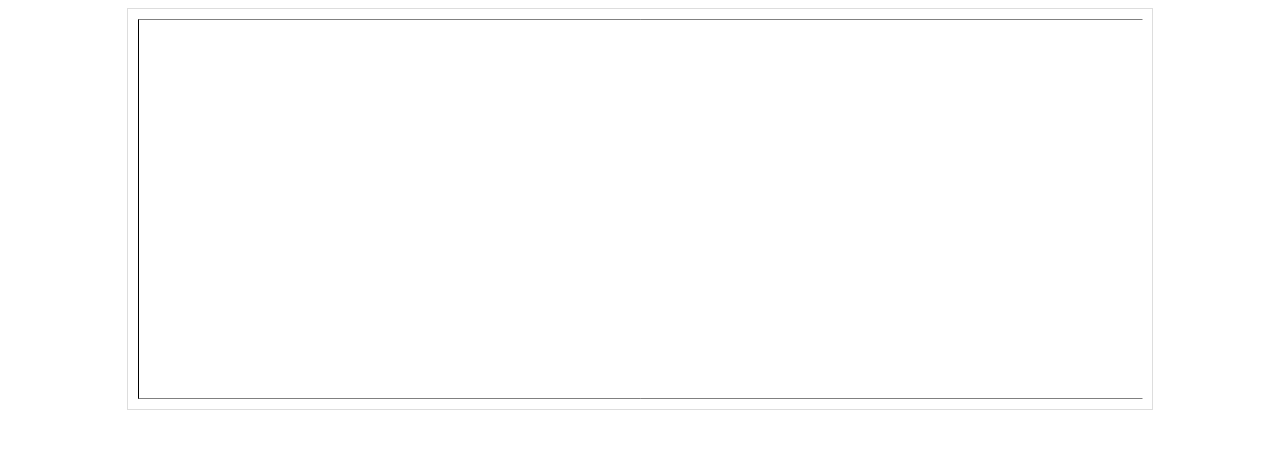
Repository: cw19931024/Demo
Page: canvas.html
The author's editor kept a copy of each file at every save. The page is drawn from the files as they stood at one save, then again after the next save.
The browser window is 1280 px wide. The pictures show the whole page.

Above is the page before, as saved 2017-07-26 18:03:02.

### canvas.html
<!DOCTYPE html>
<html lang="en">

<head>
    <title></title>
    <meta charset="UTF-8">
    <meta name="viewport" context="width=device-width, initial-scale=1">
    <style>
        canvas {
            margin: 0 auto;
            border: 1px solid #ddd;
            width: 1024px;
            height: 400px;
        }

        .tac {
            text-align: center;
        }
    </style>
</head>

<body>
    <div class="tac">
        <canvas id="canvas" width="1024" height="768"></canvas>
    </div>
</body>
<script>
    var canvas = document.getElementById('canvas');
    var context = canvas.getContext('2d');
    var width = canvas.width;
    var height = canvas.height;
    var padding = 10;

    //y轴线
    context.beginPath();
    context.lineWidth = 1;
    context.moveTo(padding + 0.5, height - padding - 10);
    context.lineTo(padding + 0.5, padding + 10);
    context.stroke();

    //x轴线
    context.beginPath();
    context.moveTo(padding + 0.5, height - padding - 10);
    context.lineTo(width - padding + 0.5, height - padding - 10)
    context.moveTo(padding + 0.5, padding + 10);
    context.lineTo(width - padding + 0.5, padding + 10)
    context.stroke();

    // var Number = 5;             //y轴的段数
    // var yLength = Math.floor(height -padding*2/Number);
    // var xLength = Math.floor(width -padding*2/data.length);

    for (var i = 0; i < parseInt(width / 10); i++) {
        context.beginPath();
        context.lineWidth = 1;
        context.moveTo(padding + 0.5, height - padding - 10);
        context.lineTo(padding + 0.5, padding + 10);
        context.stroke();
    }
</script>

</html>

After the next save:
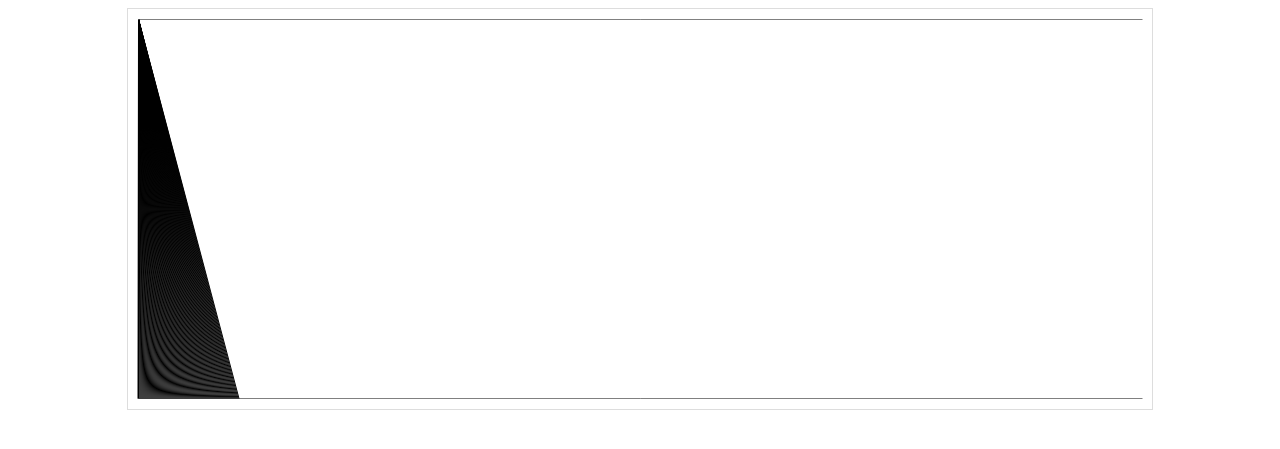
Saved 14 s later.
--- a/canvas.html
+++ b/canvas.html
@@ -53,7 +53,7 @@
     for (var i = 0; i < parseInt(width / 10); i++) {
         context.beginPath();
         context.lineWidth = 1;
-        context.moveTo(padding + 0.5, height - padding - 10);
+        context.moveTo(i +10, height - padding - 10);
         context.lineTo(padding + 0.5, padding + 10);
         context.stroke();
     }
